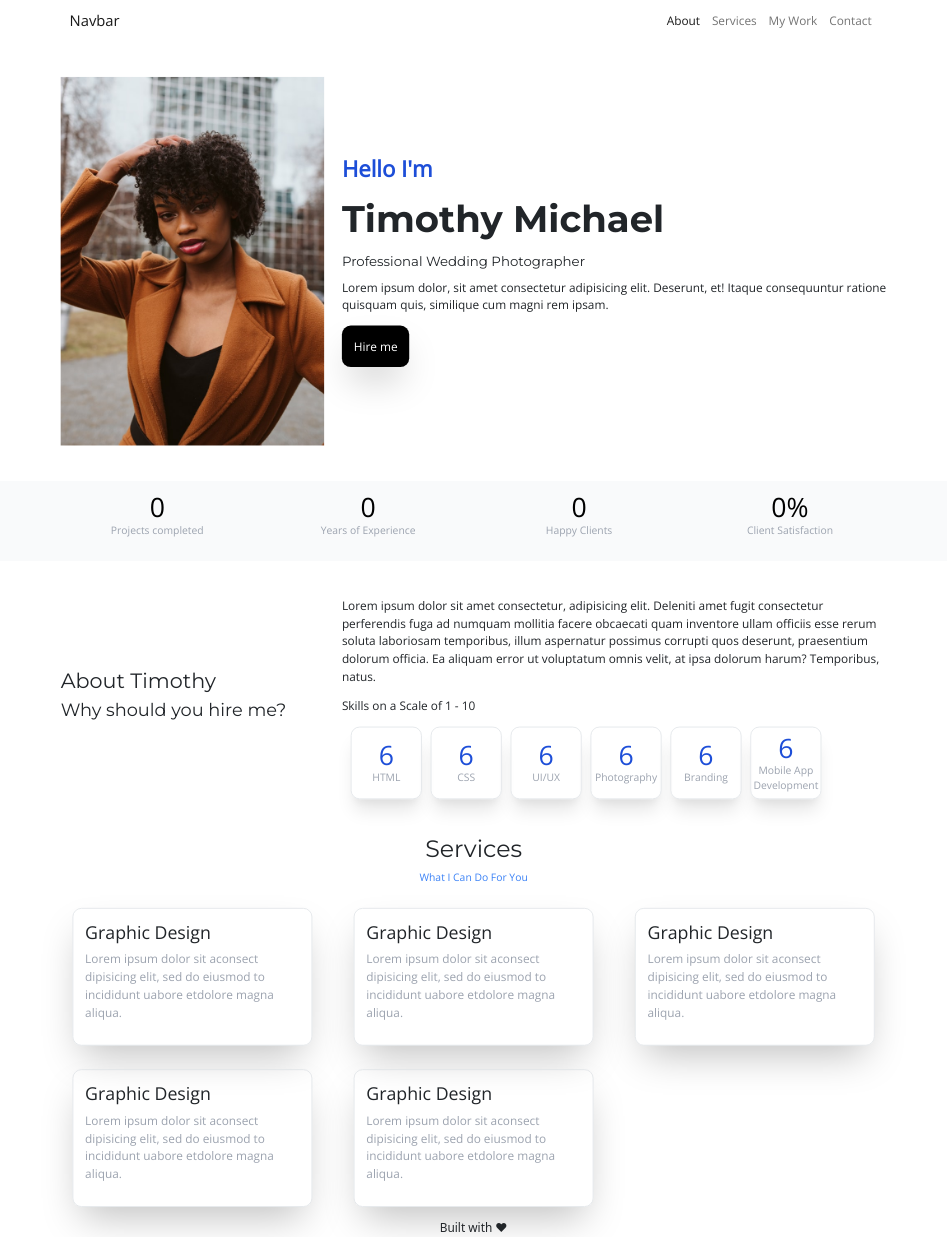
Repository: latenightsnacc/giggles
Page: HTML/freelancer.html
An editor plug-in stored every save of this project. The page is shown before and after the next save, followed by the edit.
The browser window is 1280 px wide. The pictures show the whole page, at 74% of full size.
Some web libraries are served in a nearby version.

Above is the page before, as saved 2021-01-03 16:22:18.

After the next save:
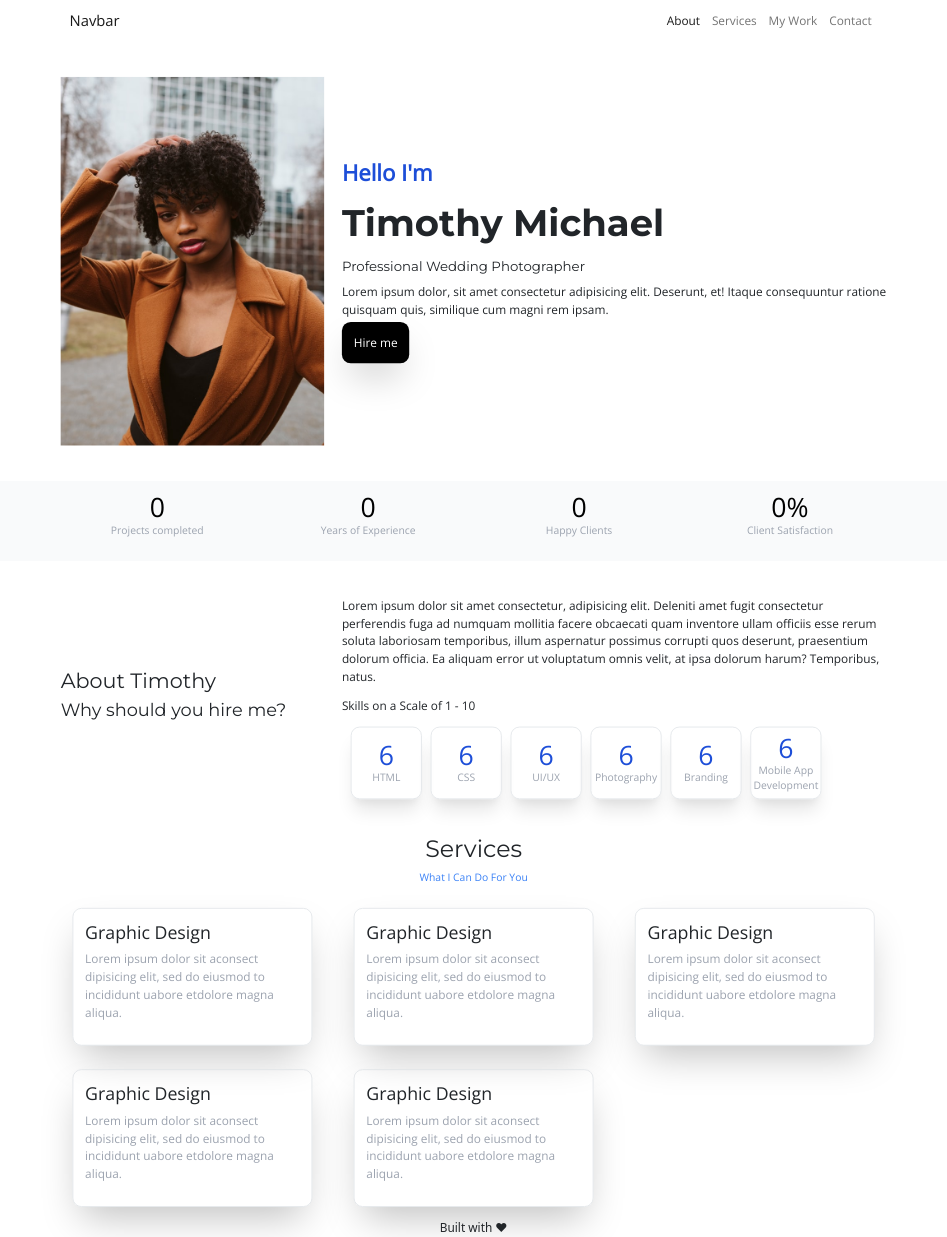
Saved 23 s later.
--- a/HTML/stylesheet.css
+++ b/HTML/stylesheet.css
@@ -20,6 +20,9 @@ h1, h2, h3, h4, h5, h6 {
     font-size: 30px;
     font-weight: 600;
 }
+.user-info p {
+    margin: 5px 0;
+}
 p, div, a, button {
     font-family: 'Open Sans', sans-serif;
     font-weight: 300;
